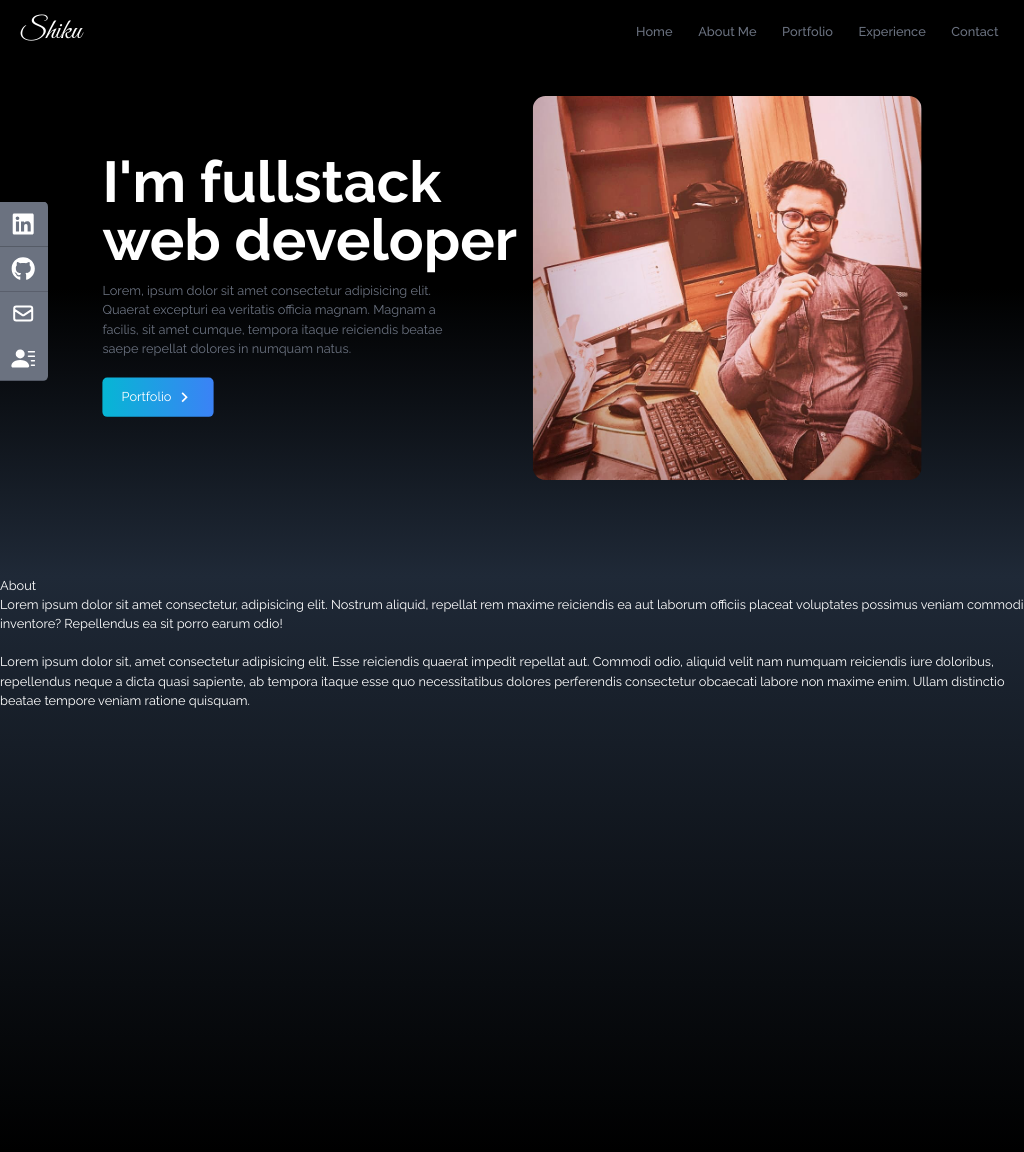
Repository: shikubro90/portfolio2
Page: /
An editor plug-in stored every save of this project. The page is shown before and after a run of saves, followed by the edit.
The browser window is 1280 px wide. The pictures show the whole page, at 80% of full size.
The project was rebuilt for these pictures with package versions that can differ from the ones it lists, and the page was loaded fresh each time. Imported but missing from the stored project, and not drawn on this page: src/assets/CV.pdf.

Above is the page before, as saved 2022-08-26 13:40:32.

After the next 2 saves:
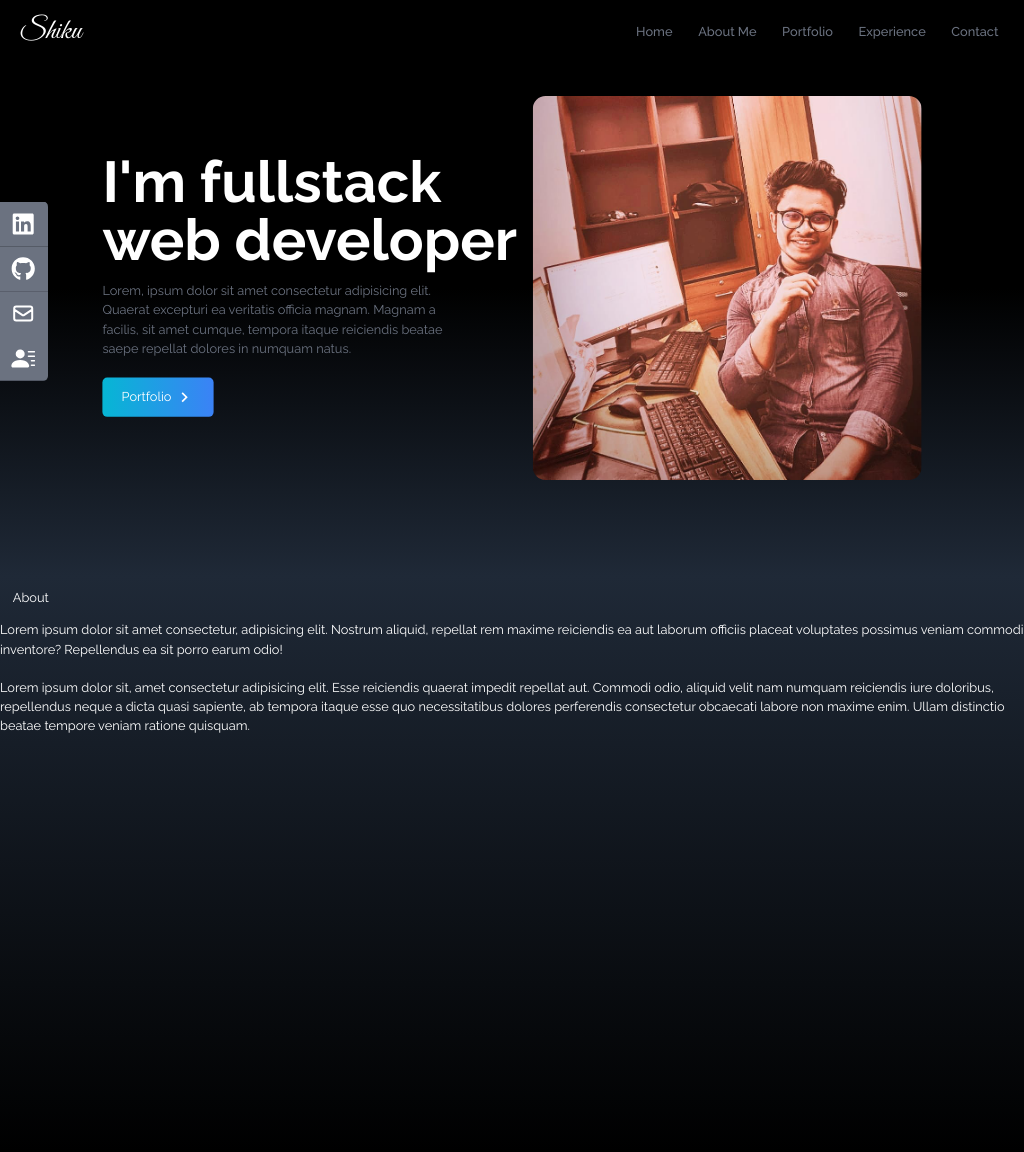
The 2 saves are shown as one change because they came seconds apart.
The last was saved 4 min 52 s later.
--- a/src/components/About.jsx
+++ b/src/components/About.jsx
@@ -3,7 +3,7 @@ import React from 'react'
 const About = () => {
   return (
     <div name="about" className='w-full h-screen bg-gradient-to-b from-gray-800 to-black text-white'>
-      <div className='max-w-screen-lg'>
+      <div className='max-w-screen-lg p-4'>
         <p>About</p>
       </div>
       <p>
